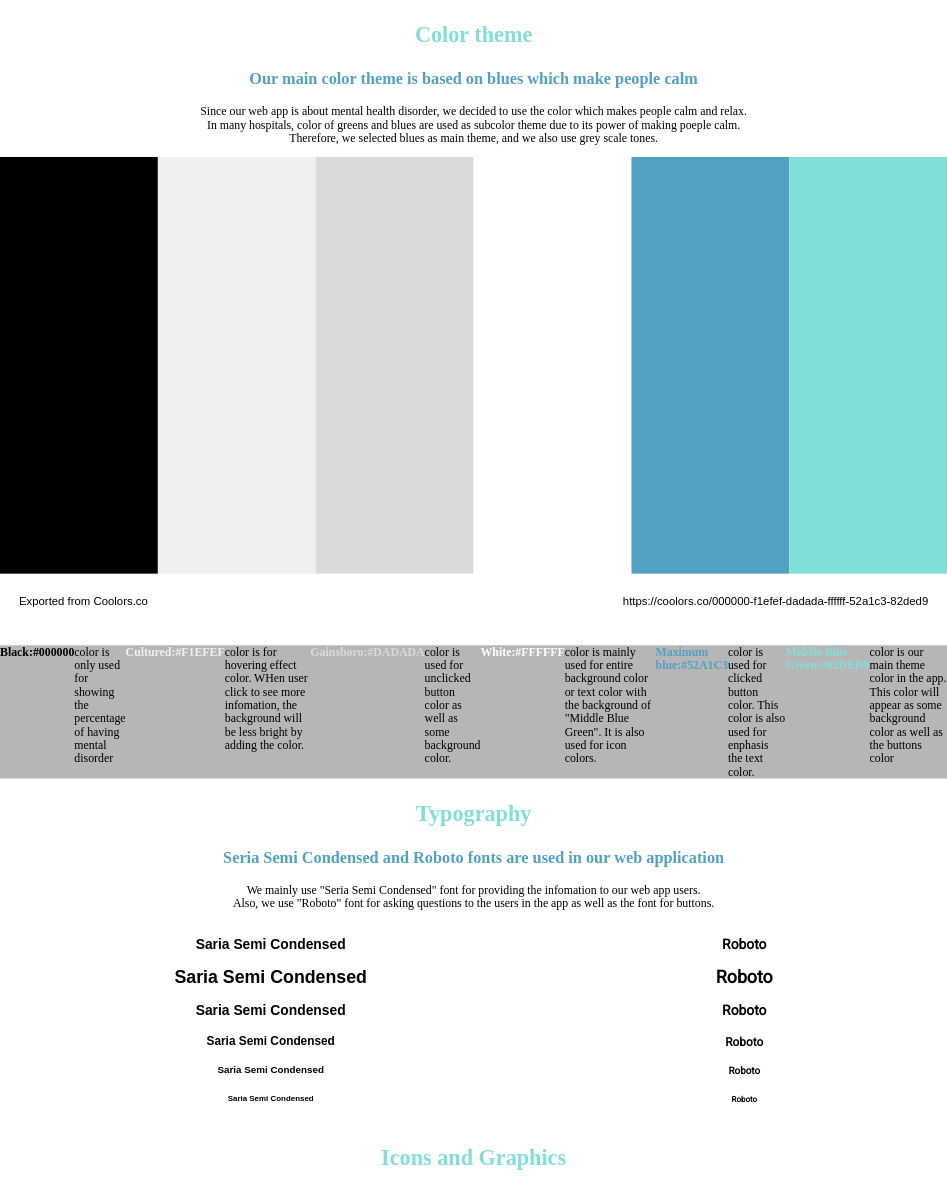
Repository: zzs1/style-guide
Page: style guide/Chisaki_styleGuide_part2/index.html
The author's editor kept a copy of each file at every save. The page is drawn from the files as they stood at one save, then again after a run of saves.
The browser window is 1280 px wide. The pictures show the whole page, at 74% of full size.
Some web fonts or font styles are not loaded; a fallback is used.

Above is the page before, as saved 2021-03-21 12:20:39.

### style guide/Chisaki_styleGuide_part2/index.html
<!DOCTYPE html>
<html lang="en">
<head>
  <meta charset="UTF-8">
  <meta name="viewport" content="width=device-width, initial-scale=1.0">
  <title>Style guide - Colour Palette & Typography, Imagery, Graphics -</title>
  <link href ="style.css" rel="stylesheet" />
  <link href="https://fonts.googleapis.com/css2?family=Saira+Semi+Condensed:wght@500&display=swap" rel="stylesheet">
  <link href="https://fonts.googleapis.com/css2?family=Roboto&display=swap" rel="stylesheet">
</head>
<body>
  <div id="main">
    <article>
      <!--Color theme section starts-->
      <section>
        <h1 class="title">Color theme</h1>
        <h3 class="subtitle">Our main color theme is based on blues which make people calm</h3>
        <p>
          Since our web app is about mental health disorder, we decided to use the color which makes people calm and relax.<br>
          In many hospitals, color of greens and blues are used as subcolor theme due to its power of making poeple calm.<br>
          Therefore, we selected blues as main theme, and we also use grey scale tones.
        </p>
        <div id="colorbox">
          <img src="palette.svg" alt="color pallette">
          <p style="background-color: rgb(183, 182, 182); text-align: left; display: flex;">
            <strong style="color:#000000;">Black:#000000</strong> color is only used for showing the percentage of having mental disorder<br>
            <strong style="color:#F1EFEF;">Cultured:#F1EFEF</strong> color is for hovering effect color. WHen user click to see more infomation, the background will be less bright by adding the color.<br>
            <strong style="color:#DADADA;">Gainsboro:#DADADA</strong> color is used for unclicked button color as well as some background color.<br>
            <strong style="color:#FFFFFF;">White:#FFFFFF</strong> color is mainly used for entire background color or text color with the background of "Middle Blue Green". It is also used for icon colors.<br>
            <strong style="color:#52A1C3;">Maximum blue:#52A1C3</strong> color is used for clicked button color. This color is also used for enphasis the text color.<br>
            <strong style="color:#82DED9;">Middle Blue Green:#82DED9</strong> color is our main theme color in the app. This color will appear as some background color as well as the buttons color<br>
          </p>
        </div>
      </section>

      <!--typography section starts-->
      <section id="typo">
        <h1 class="title">Typography</h1>
        <h3 class="subtitle">
          Seria Semi Condensed and Roboto fonts are used in our web application
        </h3>
        <p>
          We mainly use "Seria Semi Condensed" font for providing the infomation to our web app users.<br>
          Also, we use "Roboto" font for asking questions to the users in the app as well as the font for buttons.<br>
        </p>
        <div id="typobox">
          <div id="saria">
            <h1>Saria Semi Condensed</h1>
            <h2>Saria Semi Condensed</h2>
            <h3>Saria Semi Condensed</h3>
            <h4>Saria Semi Condensed</h4>
            <h5>Saria Semi Condensed</h5>
            <h6>Saria Semi Condensed</h6>
          </div>
          <div id="roboto">
            <h1>Roboto</h1>
            <h2>Roboto</h2>
            <h3>Roboto</h3>
            <h4>Roboto</h4>
            <h5>Roboto</h5>
            <h6>Roboto</h6>
          </div>
      </div>
      </section>

      <!--icon section starts-->
      <section>
        <h1 class="title">Icons and Graphics</h1>
        <h3 class="subtitle"></h3>
        <p></p>
        <div id="iconbox">

        </div>
        <div id="graphicbox">

        </div>
      </section>
  </article>
  </div>
</body>
</html>

### style guide/Chisaki_styleGuide_part2/style.css
body, html{
  margin:0;
  text-align:center;
}
.title{
  font-size:30px;
  color:#82DED9;
}
.subtitle{
  font-size:22px;
  color:#52A1C3;
}

#typobox{
  display:flex;

}
#saria {
  font-family: 'Saira Semi Condensed', sans-serif;
  flex-grow: 1;

}
#roboto {
  font-family: 'Roboto', sans-serif;
  flex-grow: 1;
}

After the next 2 saves:
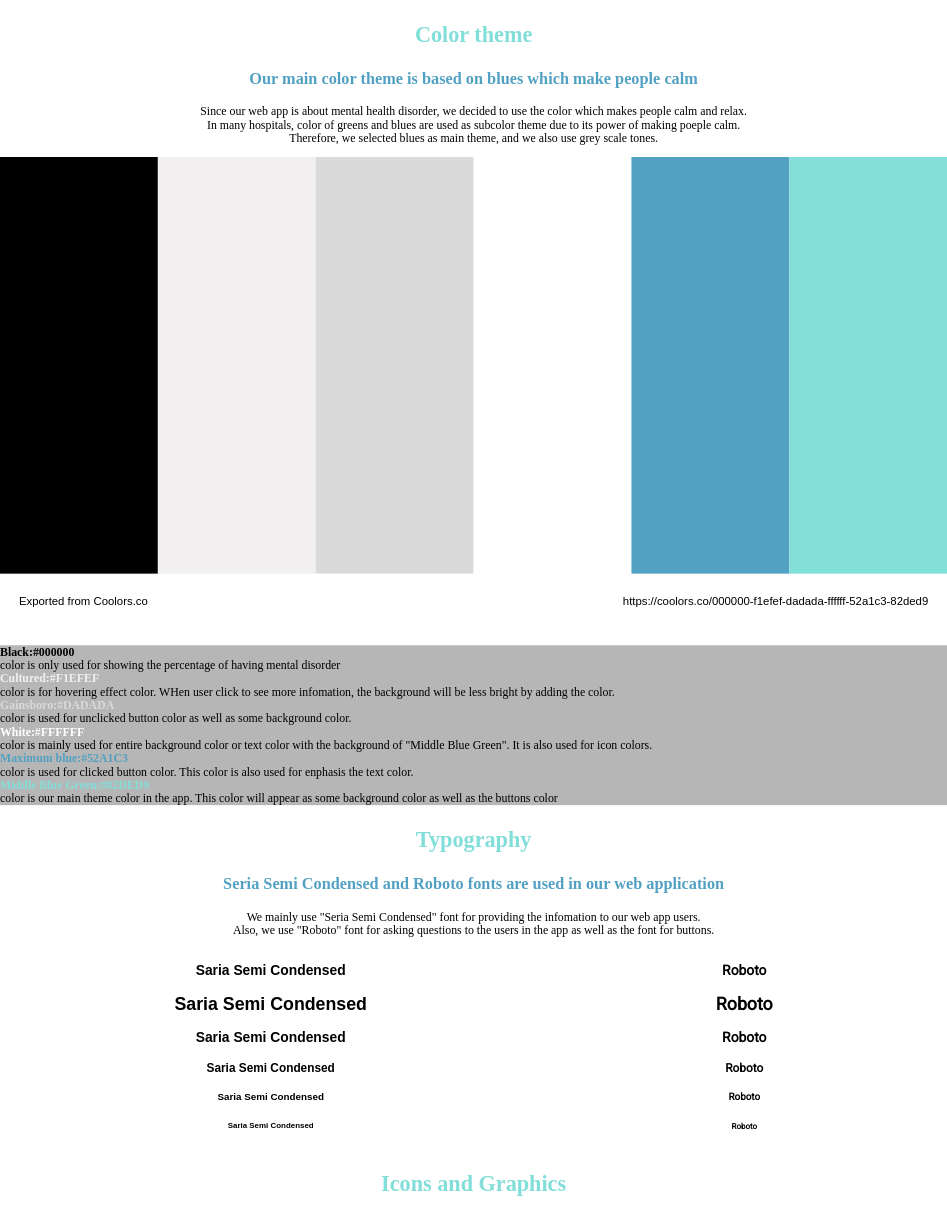
The 2 saves are shown as one change because they came seconds apart.
The last was saved 20 s later.
--- a/style guide/Chisaki_styleGuide_part2/index.html
+++ b/style guide/Chisaki_styleGuide_part2/index.html
@@ -22,7 +22,7 @@
         </p>
         <div id="colorbox">
           <img src="palette.svg" alt="color pallette">
-          <p style="background-color: rgb(183, 182, 182); text-align: left; display: flex;">
+          <p style="background-color: rgb(183, 182, 182); text-align: left; display: flex; flex-direction: column;">
             <strong style="color:#000000;">Black:#000000</strong> color is only used for showing the percentage of having mental disorder<br>
             <strong style="color:#F1EFEF;">Cultured:#F1EFEF</strong> color is for hovering effect color. WHen user click to see more infomation, the background will be less bright by adding the color.<br>
             <strong style="color:#DADADA;">Gainsboro:#DADADA</strong> color is used for unclicked button color as well as some background color.<br>
